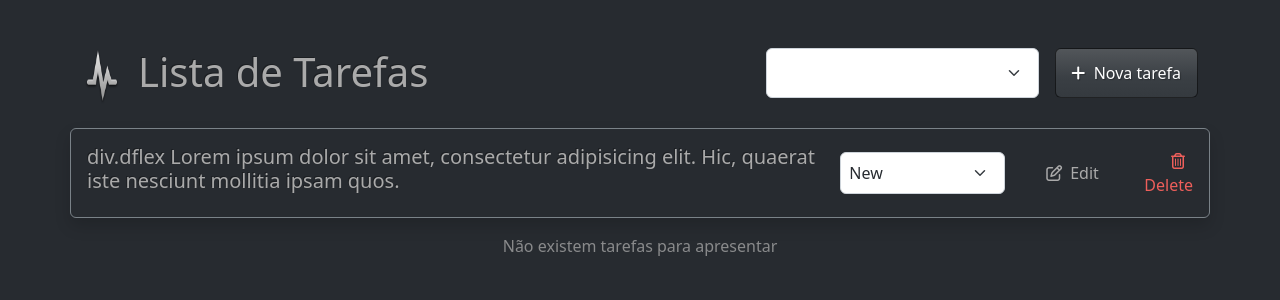
Repository: cargugati/lista_tarefas
Page: frontEnd/index.html
These files come from the project's save history. The page is drawn as it stood at one moment and after a run of saves; the edit follows.
The browser window is 1280 px wide. The pictures show the whole page.

Above is the page before, as saved 2023-03-18 22:57:29.

### frontEnd/index.html
<!DOCTYPE html>
<html lang="pt-br">

<head>
  <meta charset="UTF-8">
  <meta http-equiv="X-UA-Compatible" content="IE=edge">
  <meta name="viewport" content="width=device-width, initial-scale=1.0">
  <title>Lista de Tarefas</title>
  <link rel="stylesheet" href="./assets/css/bootstrap.min.css">
  <link rel="stylesheet" href="./assets/fontawesome/css/all.min.css">
  <link rel="shortcut icon" href="./assets/images/favicon.png" type="image/png">
</head>

<body>
  <div class="container my-5">

    <!-- cabeçalho -->
    <div class="row mb-4">
      <div class="col">
        <div class="d-flex justify-content-start">
          <img src="./assets/images/favicon.png" alt="Logo" class="img-fluid me-3" width="40px">
          <h1>Lista de Tarefas</h1>
        </div>

      </div>
      <div class="col text-end">
        <div class="d-flex justify-content-end">
          <select id="select_filter" class="form-select w-50 p-2 me-3">
            <option value=""></option>
            <option value="1">filtro 1</option>
          </select>
          <a href="new_task.html" class="btn btn-primary"><i class="fa-solid fa-plus me-2"></i>Nova tarefa</a>
        </div>
      </div>
    </div>

    <!-- aspecto visual de uma tarefa -->
    <div class="row mb-3">
      <div class="col-12 border border-secondary rounded p-3 shadow">
        <div class="row align-items-center">
          <div class="col-8">
            <h5>
              div.dflex
            Lorem ipsum dolor sit amet, consectetur adipisicing elit. Hic, quaerat iste nesciunt mollitia ipsam
              quos.
            </h5>
          </div>
          <div class="col-2">
            <select id="task_status" class="form-select p-2">
              <option value="new">New</option>
              <option value="in progress">In progress</option>
              <option value="canceled">Canceled</option>
              <option value="done">Done</option>
            </select>
          </div>
          <div class="col-1 text-end"><i class="fa-regular fa-pen-to-square me-2"></i>Edit</div>
          <div class="col-1 text-end text-danger"><i class="fa-regular fa-trash-can me-2"></i>Delete</div>
        </div>
      </div>
    </div>


    <!-- sem tarefa -->
    <div class="row " id="no_tasks">
      <div class="col text-center">
        <span class="opacity-75">Não existem tarefas para apresentar</span>
      </div>
    </div>
  </div>


  <script src="./assets/js/bootstrap.bundle.min.js"></script>
</body>

</html>

Loaded but not shown: frontEnd/assets/css/bootstrap.min.css (library); frontEnd/assets/fontawesome/css/all.min.css (library); frontEnd/assets/js/bootstrap.bundle.min.js (library)

After the next 2 saves:
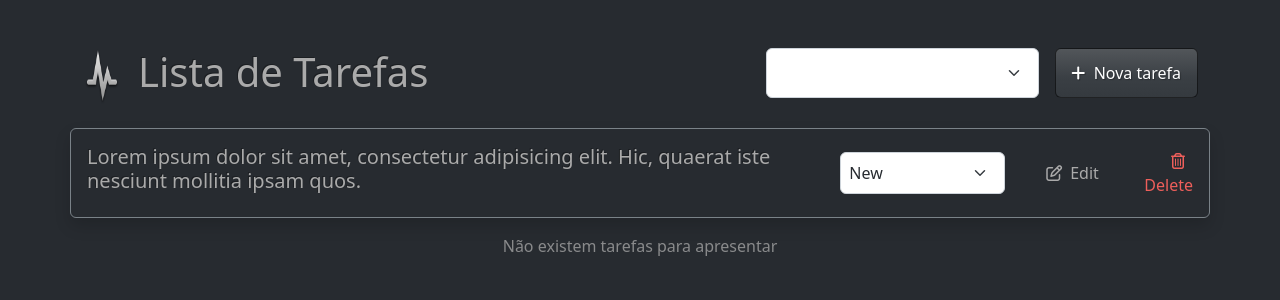
The 2 saves are shown as one change because they came seconds apart.
The last was saved 6 s later.
--- a/frontEnd/index.html
+++ b/frontEnd/index.html
@@ -40,7 +40,8 @@
         <div class="row align-items-center">
           <div class="col-8">
             <h5>
-              div.dflex
+              <div class="d-flex">
+              </div>
             Lorem ipsum dolor sit amet, consectetur adipisicing elit. Hic, quaerat iste nesciunt mollitia ipsam
               quos.
             </h5>
